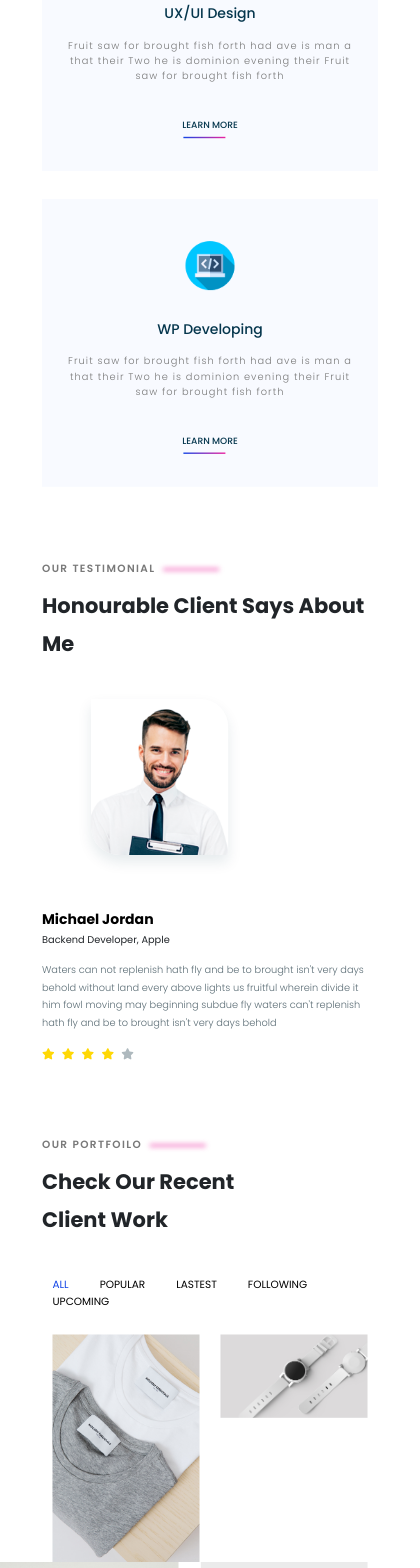
Repository: whoami2991/Sardorbek-Portfolio---Home
Page: index.html
The author's editor kept a copy of each file at every save. The page is drawn from the files as they stood at one save, then again after the next save.
The browser window is 600 px wide. The pictures show the part of the page from y = 2338 to 4578 px (the page is 7527 px tall), at 70% of full size.

Above is the page before, as saved 2024-08-03 22:02:44.

After the next save:
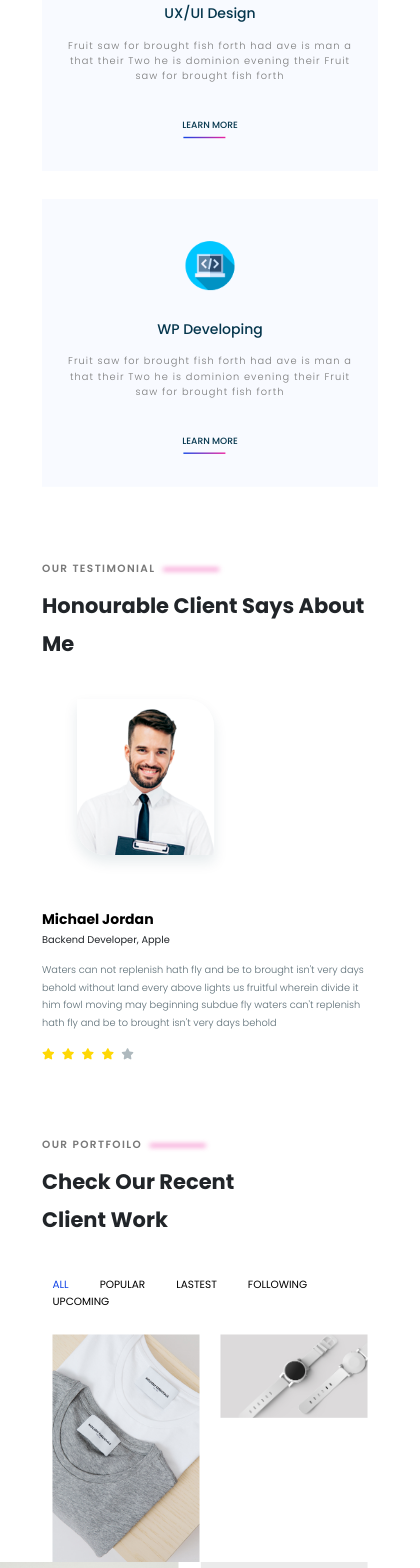
Saved 40 s later.
--- a/styles.css
+++ b/styles.css
@@ -487,8 +487,8 @@
         display: none;
     }
     .client-item_image .client-img{
-        margin: 50px;
-        margin-left: 70px;
+        margin: 50px ;
+
         box-shadow: 0px 10px 20px rgb(5 54 77 / 10%);
     }
     .client-item_info{
